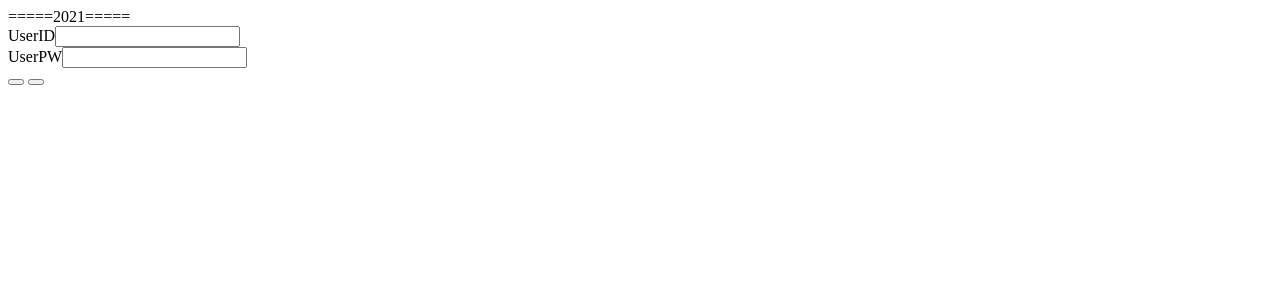
Repository: kimshape/bit203-jsp
Page: http://localhost/FirstWebApp_old/login.do
The author's editor kept a copy of each file at every save. The page is drawn from the files as they stood at one save, then again after the next save.
The browser window is 1280 px wide. The pictures show the whole page.
The page is served by Tomcat 9. Other server files are loaded and not shown.

Above is the page before, as saved 2021-07-26 07:26:03.

### FirstWebApp_old/WebContent/WEB-INF/member/login.jsp
<%@ page language="java" contentType="text/html; charset=UTF-8"
    pageEncoding="UTF-8"%>
<!DOCTYPE html>
<html>
<head>
<meta charset="UTF-8">
<title>login</title>
</head>



=====${loginYear }=====<br>
<body>
	<form action="LoginPrc.do" method="post">
	<label for = "userId">UserID<input type="text" id="userId"></label><br>
	<label for = "userPw">UserPW<input type="password" id="userPw"></label><br>
	<button type="submit" value="로그인"></button>
	<button type="reset" value="다시입력"></button>
	</form>

</body>
</html>

### FirstWebApp_old/src/bit/member/LoginServlet.java
package bit.member;

import java.io.IOException;
import java.util.GregorianCalendar;

import javax.servlet.RequestDispatcher;
import javax.servlet.ServletException;
import javax.servlet.http.HttpServlet;
import javax.servlet.http.HttpServletRequest;
import javax.servlet.http.HttpServletResponse;

/**
 * Servlet implementation class LoginServlet
 */
public class LoginServlet extends HttpServlet {
	private static final long serialVersionUID = 1L;

	/**
	 * @see HttpServlet#doGet(HttpServletRequest request, HttpServletResponse response)
	 */
	protected void doGet(HttpServletRequest request, HttpServletResponse response) throws ServletException, IOException {
		// TODO Auto-generated method stub
//		response.getWriter().append("Served at: ").append(request.getContextPath());

	GregorianCalendar today = new GregorianCalendar();
	request.setAttribute("loginYear", today.get(GregorianCalendar.YEAR));

//	response.sendRedirect("login.jsp");
//	request.getRequestDispatcher("어디로누구한테 doGet()호출한 정보를 같이 전달할까").forward(request, response);

	request.getRequestDispatcher("login.jsp").forward(request, response);
	}

}

After the next save:
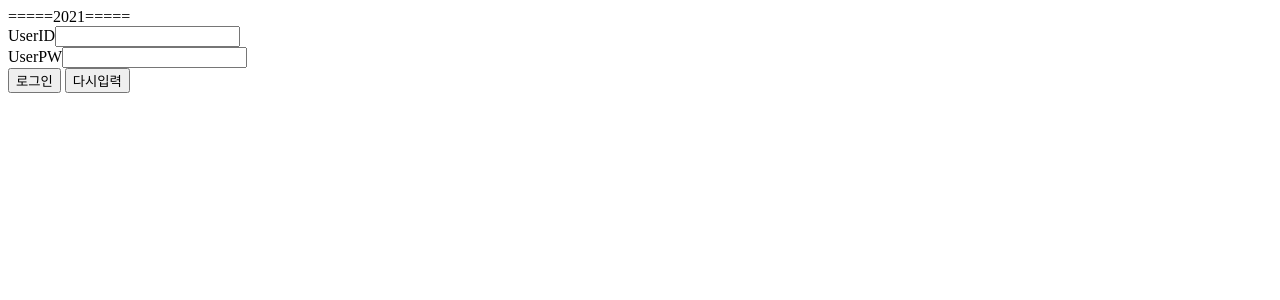
Saved 83 s later.
--- a/FirstWebApp_old/WebContent/WEB-INF/member/login.jsp
+++ b/FirstWebApp_old/WebContent/WEB-INF/member/login.jsp
@@ -14,8 +14,8 @@
 	<form action="LoginPrc.do" method="post">
 	<label for = "userId">UserID<input type="text" id="userId"></label><br>
 	<label for = "userPw">UserPW<input type="password" id="userPw"></label><br>
-	<button type="submit" value="로그인"></button>
-	<button type="reset" value="다시입력"></button>
+	<button type="submit" value="로그인">로그인</button>
+	<button type="reset" value="다시입력">다시입력</button>
 	</form>
 
 </body>
